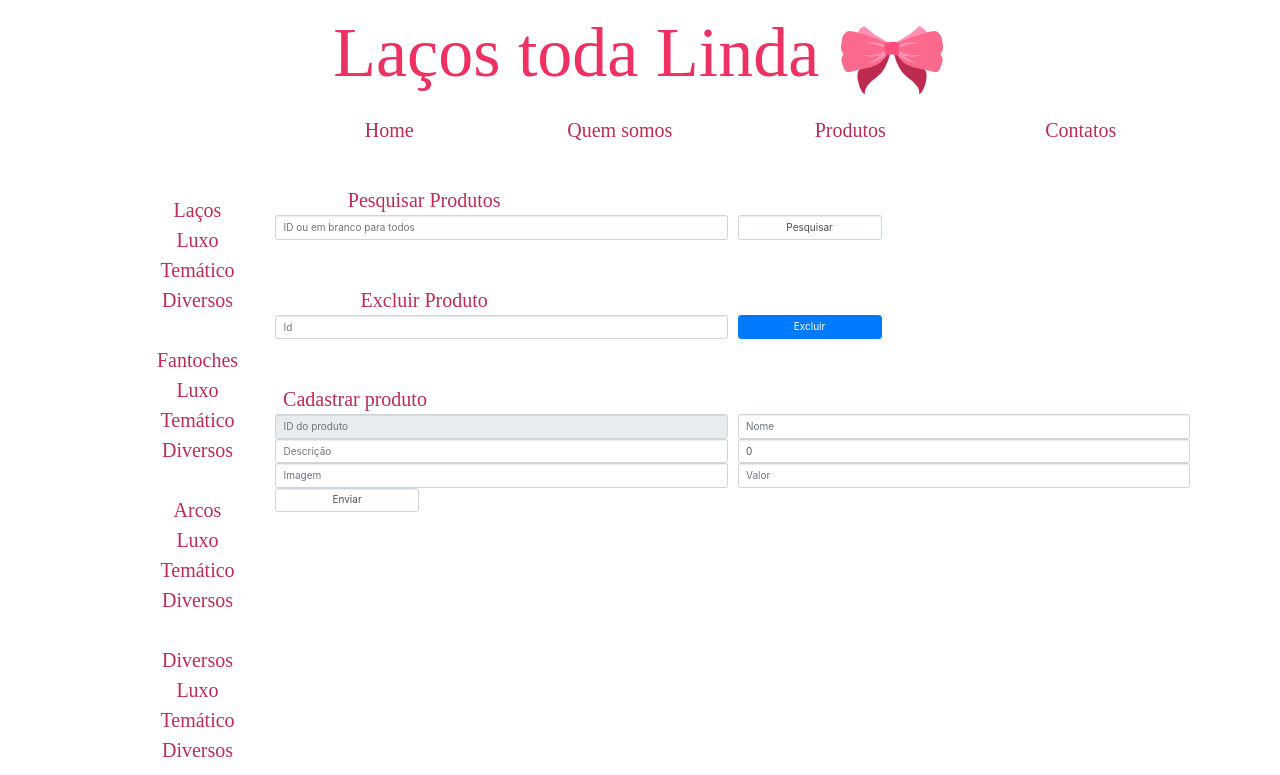
Repository: felipe-camilo/projin2
Page: http://localhost/projetointegrador/admin.jsp
The author's editor kept a copy of each file at every save. The page is drawn from the files as they stood at one save, then again after the next save.
The browser window is 1280 px wide. The pictures show the whole page.
Some web fonts or font styles are not loaded; a fallback is used. The page is served by Tomcat 9. Other server files are loaded and not shown.

Above is the page before, as saved 2022-03-30 01:35:42.

### projetointegrador/src/main/webapp/admin.jsp
<%@ page language="java" contentType="text/html; charset=ISO-8859-1"
	pageEncoding="ISO-8859-1"%>
<%@ page import="java.sql.Connection"%>
<%@ page import="java.sql.Statement"%>
<%@ page import="java.sql.DriverManager"%>
<%@ page import="java.sql.ResultSet"%>
<!DOCTYPE html>
<html>
<head>
<style>
@import
	url('https://fonts.googleapis.com/css2?family=Sacramento&display=swap')
	;

@import
	url('https://fonts.googleapis.com/css2?family=Lobster&family=Sacramento&display=swap')
	;

@import
	url('https://fonts.googleapis.com/css2?family=Indie+Flower&display=swap')
	;
</style>
<meta charset="UTF-8">
<meta http-equiv="X-UA-Compatible" content="IE=edge">
<meta name="viewport" content="width=device-width, initial-scale=1.0">
<title>Laços toda Linda</title>

<link rel="stylesheet" href="css/style.css">
<link rel="stylesheet"
	href="https://maxcdn.bootstrapcdn.com/bootstrap/3.4.1/css/bootstrap.min.css">
<link rel="stylesheet"
	href="https://stackpath.bootstrapcdn.com/bootstrap/4.3.1/css/bootstrap.min.css">
<link rel="stylesheet" type="text/css" href="css/flexslider.css">
<script type="text/javascript"
	src="http://code.jquery.com/jquery.min.js"></script>
<script type="text/javascript" src="js/jquery.flexslider.js"></script>
<meta charset="ISO-8859-1">
<title>Produtos</title>
</head>


<body>
	<div class="container">

		<header class="topo">
			<div class="row justify-content-md-center text-center">
				<div class="col-md-12">
					<div class="texto-logo">
						Laços toda Linda <img class="logo" src="img/laco.png">
					</div>
				</div>
			</div>
		</header>

		<%
String nome = "";
String descricao = "";
int categoria = 0;
String img = "";
Float valor = 0.f;
String frase = "";
String action = "Enviar";
String pagina = "inserir.jsp";
int produto = 0;
String pesquisa = request.getParameter("pesquisa");
if (pesquisa != null) {
	//out.print(pesquisa);
	frase = "Editar Produto";
	action = "Editar";
	pagina = "editar.jsp";
	try {
		//Class.forName("com.mysql.jdbc.Driver");

		//String pesquisa = request.getParameter("pesquisa");

		Connection conectar;
		Statement stmt;
		ResultSet resultado;
		String servidordb = "jdbc:mysql://localhost:3306/databasepi";
		String user = "root";
		String pass = "root";

		produto = Integer.parseInt(pesquisa);
		//out.print(pesquisa);
		int id = 0;
		Class.forName("com.mysql.jdbc.Driver");

		conectar = DriverManager.getConnection(servidordb, user, pass);
		stmt = conectar.createStatement();
		String sql = "SELECT * FROM produto WHERE codigo =" + produto;
		resultado = stmt.executeQuery(sql);
		while (resultado.next()) {
	nome = resultado.getString("nome");
	descricao = resultado.getString("descricao");
	categoria = Integer.parseInt(resultado.getString("categoria"));
	valor = Float.parseFloat(resultado.getString("valor"));
	img = resultado.getString("img");
		}

	} catch (Exception e) {
		e.printStackTrace();
		out.println(e);
	}
} else {
	frase = "Cadastrar produto";
}
%>

		<!-- menu superior -->

		<section class="menu-superior">
			<div class="row justify-content-md-center text-center">
				<div class="col-md-2"></div>
				<div class="col-md-10">
					<ul class="nav nav-pills nav-justified nav-menu-superior">
						<li class="nav-item"><a class="nav-link texto-categoria"
							href="index.jsp">Home</a></li>
						<li class="nav-item"><a class="nav-link texto-categoria"
							href="quem_somos.jsp">Quem somos</a></li>
						<li class="nav-item"><a class="nav-link texto-categoria"
							href="produtos.html">Produtos</a></li>
						<li class="nav-item"><a class="nav-link texto-categoria"
							href="contato.html">Contatos</a></li>
					</ul>
				</div>

			</div>
		</section>


		<section>
			<div class="row">
				<div class="col-md-12 text-align-center">
					<div class="col-md-2 menu-lateral">
						<ul class="menu-lateral-lista">
							<li class="menu-lateral-categoria">Laços</li>
							<li class="">Luxo</li>
							<li class="">Temático</li>
							<li class="">Diversos</li>
							<li class="menu-lateral-categoria">Fantoches</li>
							<li class="">Luxo</li>
							<li class="">Temático</li>
							<li class="">Diversos</li>
							<li class="menu-lateral-categoria">Arcos</li>
							<li class="">Luxo</li>
							<li class="">Temático</li>
							<li class="">Diversos</li>
							<li class="menu-lateral-categoria">Diversos</li>
							<li class="">Luxo</li>
							<li class="">Temático</li>
							<li class="">Diversos</li>
						</ul>
					</div>
					<form action="consulta.jsp" method="get">
						<div class="form-row">
							<div class="col-4 menu-lateral-categoria">Pesquisar
								Produtos</div>
							<div class="col-6"></div>
							<div class="col-2"></div>
						</div>
						<div class="form-row">
							<div class="col-6">
								<input type="text" class="form-control"
									placeholder="ID ou em branco para todos" name="pesquisa">
							</div>
							<div class="col-2">
								<input class="form-control" type="submit" name="pesquisar"
									value="Pesquisar">
							</div>
						</div>
					</form>
					<br>
					<form action="excluir.jsp" method="get">
						<div class="form-row">
							<div class="col-4 menu-lateral-categoria">Excluir Produto</div>
							<div class="col-6"></div>
							<div class="col-2"></div>
						</div>
						<div class="form-row">
							<div class="col-6">
								<input type="number" class="form-control" placeholder="Id"
									name="pesquisa" placeholder="Entre com o ID:" required>
							</div>
							<div class="col-2">
								<input class="form-control btn-primary" type="submit" name="Excluir"
									value="Excluir">
							</div>
						</div>
					</form>
					<br>

					<div class="col-4"></div>
					<div class="col-4 menu-lateral-categoria">
						<%
						out.print(frase);
						%>

					</div>
					<div class="col-4"></div>
					<form action="<%out.print(pagina);%>" method="get">
						<div class="form-row">
							<div class="col-6">
								<input type="text" class="form-control"
									placeholder="ID do produto"
									value="<%if (produto == 0) {
											out.print("");
										} else {
											out.print(produto);
										}%>"
									name="produto" readonly>
							</div>
							<div class="col-6">
								<input type="text" class="form-control" placeholder="Nome"
									name="nome" value="<%out.print(nome);%>">
							</div>
							<div class="col-6">
								<input type="text" class="form-control" placeholder="Descrição"
									value="<%out.print(descricao);%>" name="descricao" required>
							</div>
							<div class="col-6">
								<input type="text" class="form-control" placeholder="Categoria"
									name="categoria" required value="<%out.print(categoria);%>">
							</div>
							<div class="col-6">
								<input type="text" class="form-control" placeholder="Imagem"
									value="<%out.print(img);%>" name="img">
							</div>
							<div class="col-6">
								<input type="text" class="form-control" placeholder="Valor"
									value="<%if (valor == 0) {
											out.print("");
										} else {
											out.print(valor);
										}%>"
									name="valor" required>
							</div>
							<div class="col-2">
								<input type="submit" class="form-control"
									value="<%out.print(action);%>" name="btn">
							</div>
							<div class="col-6"></div>
						</div>
					</form>

				</div>
			</div>
		</section>
	</div>

</body>
</html>

### projetointegrador/src/main/webapp/css/style.css
@media screen and (min-width: 601px) {
    .texto-logo {
      font-size: 80px;
    }

  }

@media screen and (max-width: 600px) {
    .texto-logo {
        font-size: 50px;
    }
}

@media screen and (min-width: 601px) {
    .texto-logo {
    font-size: 70px;
    }
}

.texto-logo {
    font-family: 'Sacramento', cursive;
    font-size: 20;
    color:#EE3163;
}

.texto-categoria {
    font-family: 'Lobster', cursive;
    color:#BF2C53;
    font-size: 20px;
    text-align: center;
    align-items: center;
}

.texto-categoria a.hover{
    color: green;
}


.texto-categoria-divisao {
    font-family: 'Lobster', cursive;
    color:#BF2C53;
    font-size: 20px;
    text-align: center;
    align-items: center;
    margin-bottom: 20px;
}

 .menu-lateral {
    text-align: center;
    font-family: 'Indie Flower', cursive;
    color:#BF2C53;
    font-size: 20px;
    text-decoration: none;
    margin-top: 10px;
 }


 .menu-lateral-categoria {
    text-align: center;
    font-family: 'Lobster', cursive;
    color:#BF2C53;
    font-size: 20px;
    text-decoration: none;
    margin-top: 30px;
 }

p {
    text-align: justify;
    font-family: 'Indie Flower', cursive;
    color:#BF2C53;
    font-size: 20px;
    margin-top: 50px;
 }

 .menu-lateral-lista {
    list-style-type: none;

 }

### projetointegrador/src/main/webapp/css/flexslider.css
/*
 * jQuery FlexSlider v2.7.2
 * https://www.woocommerce.com/flexslider/
 *
 * Copyright 2012 WooThemes
 * Free to use under the GPLv2 and later license.
 * http://www.gnu.org/licenses/gpl-2.0.html
 *
 * Contributing author: Tyler Smith (@mbmufffin)
 *
 */
/* ====================================================================================================================
 * FONT-FACE
 * ====================================================================================================================*/
@font-face {
  font-family: 'flexslider-icon';
  src: url('fonts/flexslider-icon.eot');
  src: url('fonts/flexslider-icon.eot?#iefix') format('embedded-opentype'), url('fonts/flexslider-icon.woff') format('woff'), url('fonts/flexslider-icon.ttf') format('truetype'), url('fonts/flexslider-icon.svg#flexslider-icon') format('svg');
  font-weight: normal;
  font-style: normal;
}
/* ====================================================================================================================
 * RESETS
 * ====================================================================================================================*/
.flex-container a:hover,
.flex-slider a:hover {
  outline: none;
}
.slides,
.slides > li,
.flex-control-nav,
.flex-direction-nav {
  margin: 0;
  padding: 0;
  list-style: none;
}
.flex-pauseplay span {
  text-transform: capitalize;
}
/* ====================================================================================================================
 * BASE STYLES
 * ====================================================================================================================*/
.flexslider {
  margin: 0;
  padding: 0;
}
.flexslider .slides > li {
  display: none;
  -webkit-backface-visibility: hidden;
}
.flexslider .slides img {
  width: 100%;
  display: block;
}
.flexslider .slides:after {
  content: "\0020";
  display: block;
  clear: both;
  visibility: hidden;
  line-height: 0;
  height: 0;
}
html[xmlns] .flexslider .slides {
  display: block;
}
* html .flexslider .slides {
  height: 1%;
}
.no-js .flexslider .slides > li:first-child {
  display: block;
}
/* ====================================================================================================================
 * DEFAULT THEME
 * ====================================================================================================================*/
.flexslider {
  margin: 0 0 60px;
  background: #fff;
  border: 4px solid #fff;
  position: relative;
  zoom: 1;
  -webkit-border-radius: 4px;
  -moz-border-radius: 4px;
  border-radius: 4px;
  -webkit-box-shadow: '' 0 1px 4px rgba(0, 0, 0, 0.2);
  -moz-box-shadow: '' 0 1px 4px rgba(0, 0, 0, 0.2);
  -o-box-shadow: '' 0 1px 4px rgba(0, 0, 0, 0.2);
  box-shadow: '' 0 1px 4px rgba(0, 0, 0, 0.2);
}
.flexslider .slides {
  zoom: 1;
}
.flexslider .slides img {
  height: auto;
  -moz-user-select: none;
}
.flex-viewport {
  max-height: 2000px;
  -webkit-transition: all 1s ease;
  -moz-transition: all 1s ease;
  -ms-transition: all 1s ease;
  -o-transition: all 1s ease;
  transition: all 1s ease;
}
.loading .flex-viewport {
  max-height: 300px;
}
@-moz-document url-prefix() {
  .loading .flex-viewport {
    max-height: none;
  }
}
.carousel li {
  margin-right: 5px;
}
.flex-direction-nav {
  *height: 0;
}
.flex-direction-nav a {
  text-decoration: none;
  display: block;
  width: 40px;
  height: 40px;
  margin: -20px 0 0;
  position: absolute;
  top: 50%;
  z-index: 10;
  overflow: hidden;
  opacity: 0;
  cursor: pointer;
  color: rgba(0, 0, 0, 0.8);
  text-shadow: 1px 1px 0 rgba(255, 255, 255, 0.3);
  -webkit-transition: all 0.3s ease-in-out;
  -moz-transition: all 0.3s ease-in-out;
  -ms-transition: all 0.3s ease-in-out;
  -o-transition: all 0.3s ease-in-out;
  transition: all 0.3s ease-in-out;
}
.flex-direction-nav a:before {
  font-family: "flexslider-icon";
  font-size: 40px;
  display: inline-block;
  content: '\f001';
  color: rgba(0, 0, 0, 0.8);
  text-shadow: 1px 1px 0 rgba(255, 255, 255, 0.3);
}
.flex-direction-nav a.flex-next:before {
  content: '\f002';
}
.flex-direction-nav .flex-prev {
  left: -50px;
}
.flex-direction-nav .flex-next {
  right: -50px;
  text-align: right;
}
.flexslider:hover .flex-direction-nav .flex-prev {
  opacity: 0.7;
  left: 10px;
}
.flexslider:hover .flex-direction-nav .flex-prev:hover {
  opacity: 1;
}
.flexslider:hover .flex-direction-nav .flex-next {
  opacity: 0.7;
  right: 10px;
}
.flexslider:hover .flex-direction-nav .flex-next:hover {
  opacity: 1;
}
.flex-direction-nav .flex-disabled {
  opacity: 0!important;
  filter: alpha(opacity=0);
  cursor: default;
  z-index: -1;
}
.flex-pauseplay a {
  display: block;
  width: 20px;
  height: 20px;
  position: absolute;
  bottom: 5px;
  left: 10px;
  opacity: 0.8;
  z-index: 10;
  overflow: hidden;
  cursor: pointer;
  color: #000;
}
.flex-pauseplay a:before {
  font-family: "flexslider-icon";
  font-size: 20px;
  display: inline-block;
  content: '\f004';
}
.flex-pauseplay a:hover {
  opacity: 1;
}
.flex-pauseplay a.flex-play:before {
  content: '\f003';
}
.flex-control-nav {
  width: 100%;
  position: absolute;
  bottom: -40px;
  text-align: center;
}
.flex-control-nav li {
  margin: 0 6px;
  display: inline-block;
  zoom: 1;
  *display: inline;
}
.flex-control-paging li a {
  width: 11px;
  height: 11px;
  display: block;
  background: #666;
  background: rgba(0, 0, 0, 0.5);
  cursor: pointer;
  text-indent: -9999px;
  -webkit-box-shadow: inset 0 0 3px rgba(0, 0, 0, 0.3);
  -moz-box-shadow: inset 0 0 3px rgba(0, 0, 0, 0.3);
  -o-box-shadow: inset 0 0 3px rgba(0, 0, 0, 0.3);
  box-shadow: inset 0 0 3px rgba(0, 0, 0, 0.3);
  -webkit-border-radius: 20px;
  -moz-border-radius: 20px;
  border-radius: 20px;
}
.flex-control-paging li a:hover {
  background: #333;
  background: rgba(0, 0, 0, 0.7);
}
.flex-control-paging li a.flex-active {
  background: #000;
  background: rgba(0, 0, 0, 0.9);
  cursor: default;
}
.flex-control-thumbs {
  margin: 5px 0 0;
  position: static;
  overflow: hidden;
}
.flex-control-thumbs li {
  width: 25%;
  float: left;
  margin: 0;
}
.flex-control-thumbs img {
  width: 100%;
  height: auto;
  display: block;
  opacity: .7;
  cursor: pointer;
  -moz-user-select: none;
  -webkit-transition: all 1s ease;
  -moz-transition: all 1s ease;
  -ms-transition: all 1s ease;
  -o-transition: all 1s ease;
  transition: all 1s ease;
}
.flex-control-thumbs img:hover {
  opacity: 1;
}
.flex-control-thumbs .flex-active {
  opacity: 1;
  cursor: default;
}
/* ====================================================================================================================
 * RESPONSIVE
 * ====================================================================================================================*/
@media screen and (max-width: 860px) {
  .flex-direction-nav .flex-prev {
    opacity: 1;
    left: 10px;
  }
  .flex-direction-nav .flex-next {
    opacity: 1;
    right: 10px;
  }
}

Loaded but not shown: projetointegrador/src/main/webapp/js/jquery.flexslider.js (library)

After the next save:
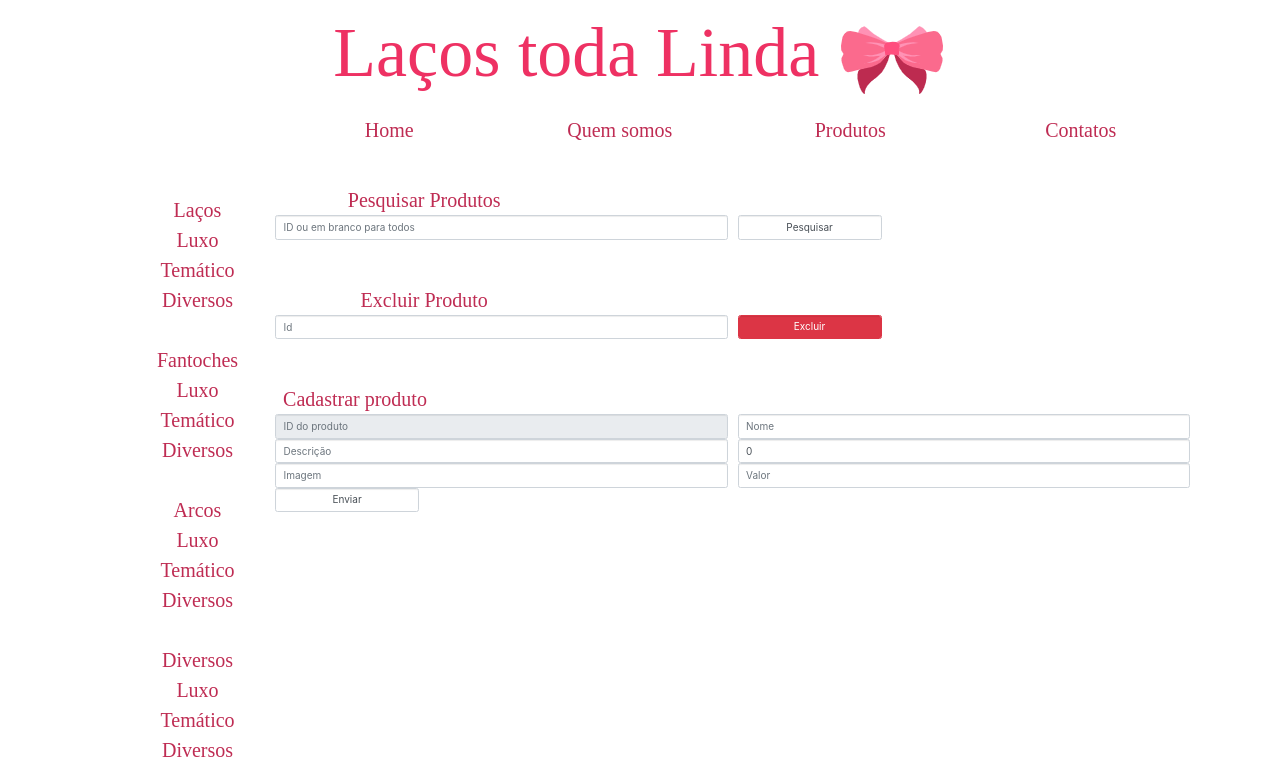
Saved 15 s later.
--- a/projetointegrador/src/main/webapp/admin.jsp
+++ b/projetointegrador/src/main/webapp/admin.jsp
@@ -182,7 +182,7 @@
 									name="pesquisa" placeholder="Entre com o ID:" required>
 							</div>
 							<div class="col-2">
-								<input class="form-control btn-primary" type="submit" name="Excluir"
+								<input class="form-control btn-danger" type="submit" name="Excluir"
 									value="Excluir">
 							</div>
 						</div>
